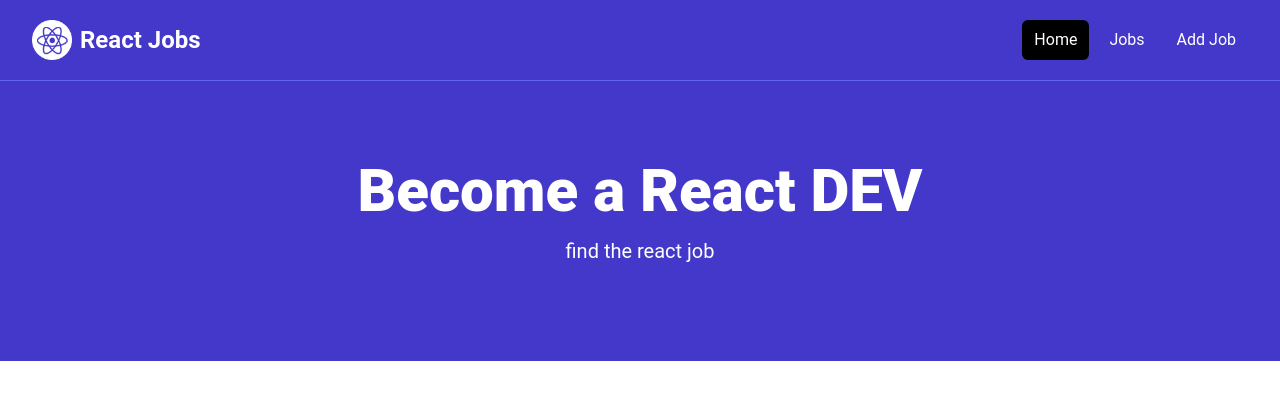
Repository: Geohot-2020/React_setup
Page: / (app in react-crash-2024/)
These files come from the project's save history. The page is drawn as it stood at one moment and after the next save; the edit follows.
The browser window is 1280 px wide. The pictures show the whole page.
The project was rebuilt for these pictures with package versions that can differ from the ones it lists, and the page was loaded fresh each time. Also part of the build but not shown: react-crash-2024/vite.config.js.

Above is the page before, as saved 2024-11-13 17:02:05.

After the next save:
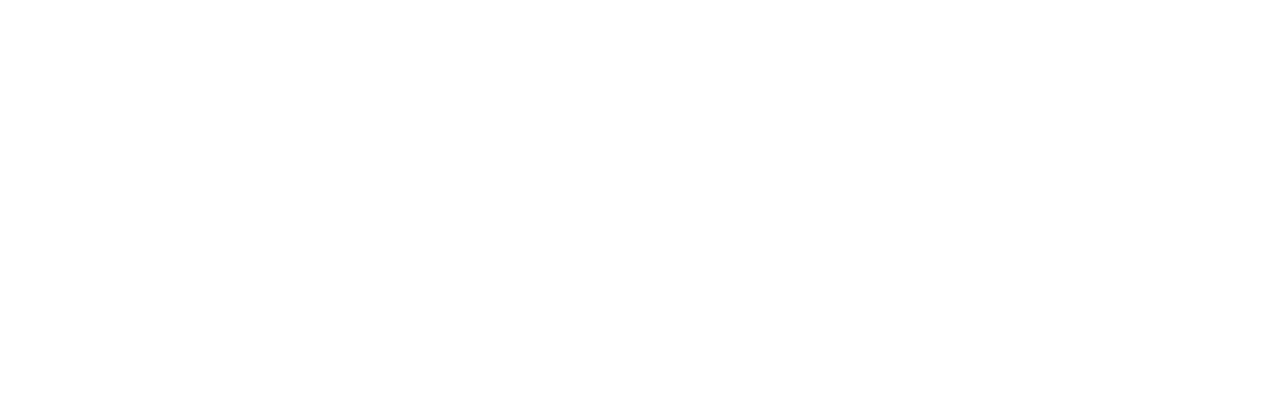
Console error: ReferenceError: Home is not defined
Saved 4 s later.
--- a/react-crash-2024/src/pages/HomePage.jsx
+++ b/react-crash-2024/src/pages/HomePage.jsx
@@ -1,6 +1,6 @@
 import React from 'react'
 import Hero from '../components/Hero'
-
+Home
 const HomePage = () => {
   return (
     <>

After the save that followed:
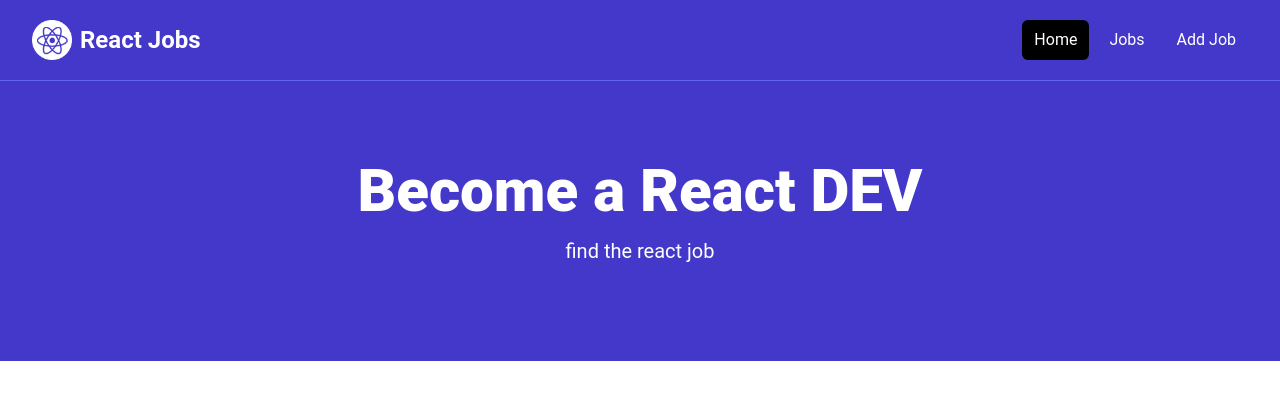
The error is gone.
Saved 5 s later.
--- a/react-crash-2024/src/pages/HomePage.jsx
+++ b/react-crash-2024/src/pages/HomePage.jsx
@@ -1,6 +1,6 @@
 import React from 'react'
 import Hero from '../components/Hero'
-Home
+
 const HomePage = () => {
   return (
     <>
